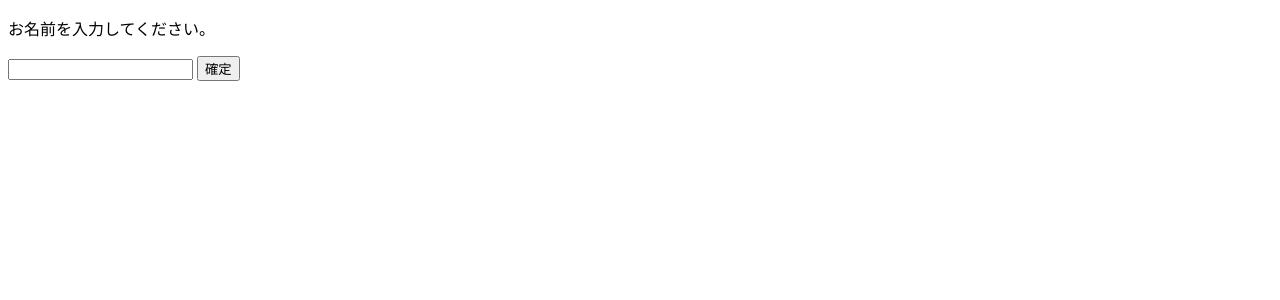
Repository: motoyama0/test
Page: http://localhost/HelloJSP/
An editor plug-in stored every save of this project. The page is shown before and after the next save, followed by the edit.
The browser window is 1280 px wide. The pictures show the whole page.
The page is served by Tomcat 9.

Above is the page before, as saved 2018-09-26 10:35:26.

After the next save:
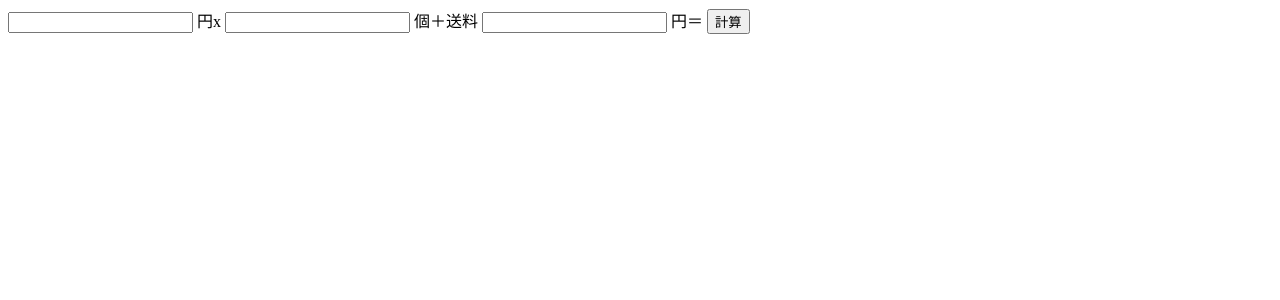
Saved 6 min 40 s later.
--- a/HelloJSP/WebContent/index.jsp
+++ b/HelloJSP/WebContent/index.jsp
@@ -7,10 +7,14 @@
   <title>TEST</title>
 </head>
 <body>
-<p>お名前を入力してください。</p>
-<form method="post" action="greeting-out.jsp">
-<input type="text" name="user">
-<input type="submit" value="確定">
+<form method="post" action="total-out.jsp">
+<input type="text" name="price">
+円x
+<input type="text" name="count">
+個＋送料
+<input type="text" name="delivery">
+円＝
+<input type="submit" value="計算">
 </form>
 </body>
 </html>
